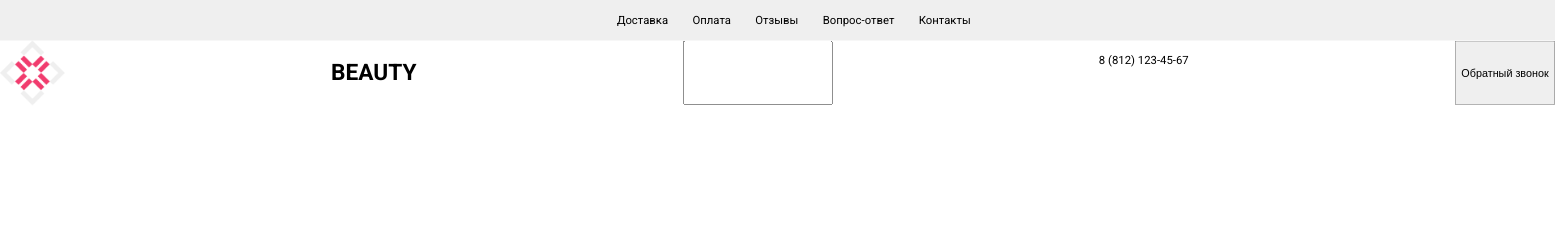
Repository: savannaaaas/verstka
Page: index.html
These files come from the project's save history. The page is drawn as it stood at one moment and after the next save; the edit follows.
The browser window is 1280 px wide. The page is 1920 px wide, so the pictures cover 1920 px, including what lies to the right of the window. The pictures show the whole page, at 81% of full size.
Some web fonts or font styles are not loaded; a fallback is used.

Above is the page before, as saved 2025-04-15 15:24:24.

### index.html
<!DOCTYPE html>
<html lang="en">
<head>
    <meta charset="UTF-8">
    <meta name="viewport" content="width=device-width, initial-scale=1.0">
    <title>Figma</title>
    <link rel="preconnect" href="https://fonts.googleapis.com">
    <link rel="preconnect" href="https://fonts.gstatic.com" crossorigin>
    <link href="https://fonts.googleapis.com/css2?family=Istok+Web:ital,wght@0,400;0,700;1,400;1,700&family=Italiana&family=Jura:wght@300..700&family=Roboto:ital,wght@0,100..900;1,100..900&display=swap" rel="stylesheet">
    <link rel="stylesheet" href="style.css">
</head>
<body>
    <div class="content">
        <div class="top-line">
            <ul>
                <li>Доставка</li>
                <li>Оплата</li>
                <li>Отзывы</li>
                <li>Вопрос-ответ</li>
                <li>Контакты</li>
            </ul>
        </div>
    <div class="second-line">
            <img alt="logo" src="logo.png">
            <h1>BEAUTY</h1>
            <input class="search">
            <p>8 (812) 123-45-67</p>
            <button>Обратный звонок</button>
        </div>
    </div>


</body>
</html>

### style.css
body {
    min-height: 100vh;
    width: 1920px;
    scroll-behavior: smooth;
    text-rendering: optimizeSpeed;
    line-height: 1.5;
    margin: 0;
    padding: 0;
    font-family: "Roboto", sans-serif;
    font-weight: 400;
    font-style: normal;
    font-size: 14px;

  }
  .top-line{
    display: flex;
    background-color: #EFEFEF;
    height: 50px;
    align-items: center;
    justify-content: center;

  }
   .top-line ul{
    display: flex;
    list-style: none;
    flex-wrap: nowrap;
    gap: 30px;
   }
   .second-line{
    display: flex;
  justify-content: space-between;
   }

After the next save:
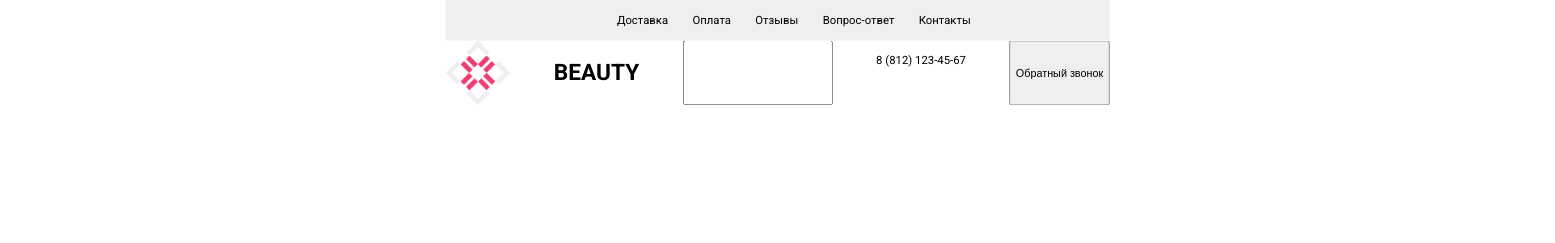
Saved 15 s later.
--- a/style.css
+++ b/style.css
@@ -11,6 +11,10 @@
     font-style: normal;
     font-size: 14px;
 
+  }
+  .content{
+    margin-right:550px;
+    margin-left: 550px;
   }
   .top-line{
     display: flex;

After the save that followed:
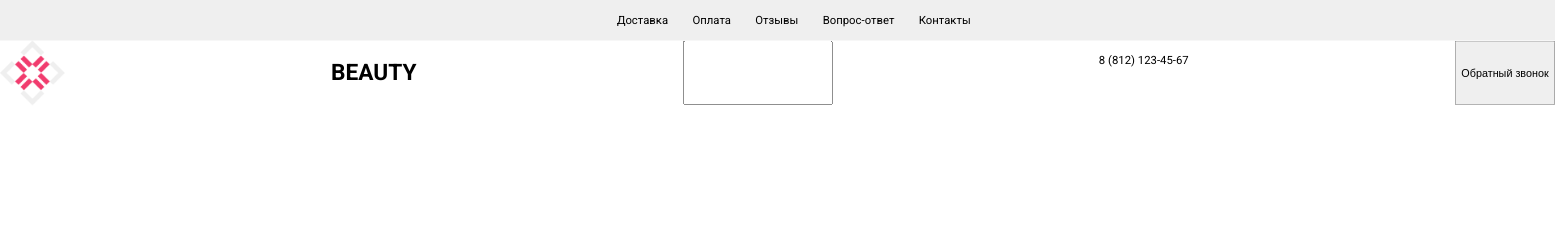
Saved 28 s later.
--- a/style.css
+++ b/style.css
@@ -13,8 +13,6 @@
 
   }
   .content{
-    margin-right:550px;
-    margin-left: 550px;
   }
   .top-line{
     display: flex;
